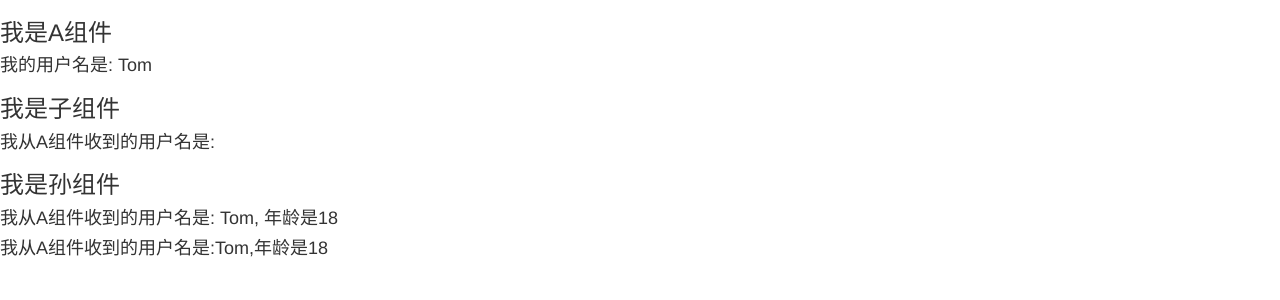
Repository: JinYiGao/ReactLearning
Page: / (app in 14.React脚手架/react_extension/)
The author's editor kept a copy of each file at every save. The page is drawn from the files as they stood at one save, then again after the next save.
The browser window is 1280 px wide. The pictures show the whole page.
The project was rebuilt for these pictures with package versions that can differ from the ones it lists, and the page was loaded fresh each time.

Above is the page before, as saved 2022-04-12 23:40:03.

After the next save:
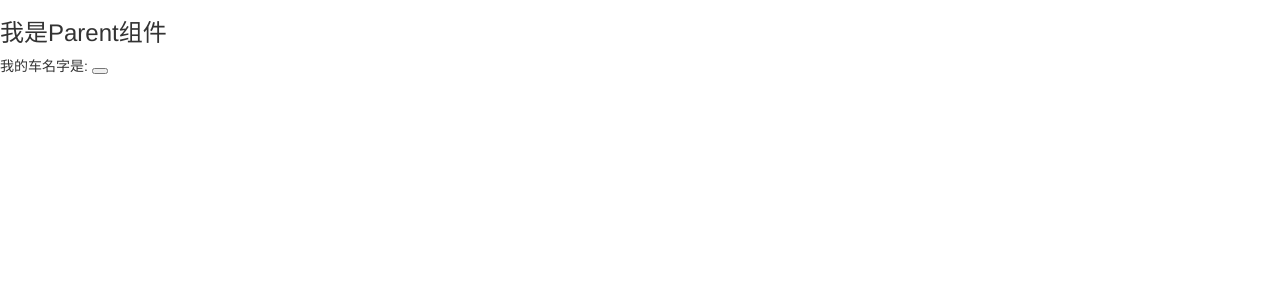
Saved 12 s later.
--- a/14.React脚手架/react_extension/src/App.js
+++ b/14.React脚手架/react_extension/src/App.js
@@ -4,11 +4,12 @@
  * @Author: JinYiGao
  * @Date: 2022-04-12 21:41:28
  * @LastEditors: JinYiGao
- * @LastEditTime: 2022-04-12 23:16:54
+ * @LastEditTime: 2022-04-12 23:40:15
  */
 import React, { Component } from 'react'
 // import Frag from './components/4_Fragment'
 import A from './components/5_Context'
+import Parent from './components/6_optimizes'
 // import Hooks from './components/3_hooks'
 // import Demo from './components/1_setState'
 // import LazyLoad from './components/2_lazyLoad'
@@ -21,7 +22,8 @@ export default class App extends Component {
         {/* <LazyLoad></LazyLoad> */}
         {/* <Hooks></Hooks> */}
         {/* <Frag></Frag> */}
-        <A></A>
+        {/* <A></A> */}
+        <Parent></Parent>
       </div>
     )
   }
